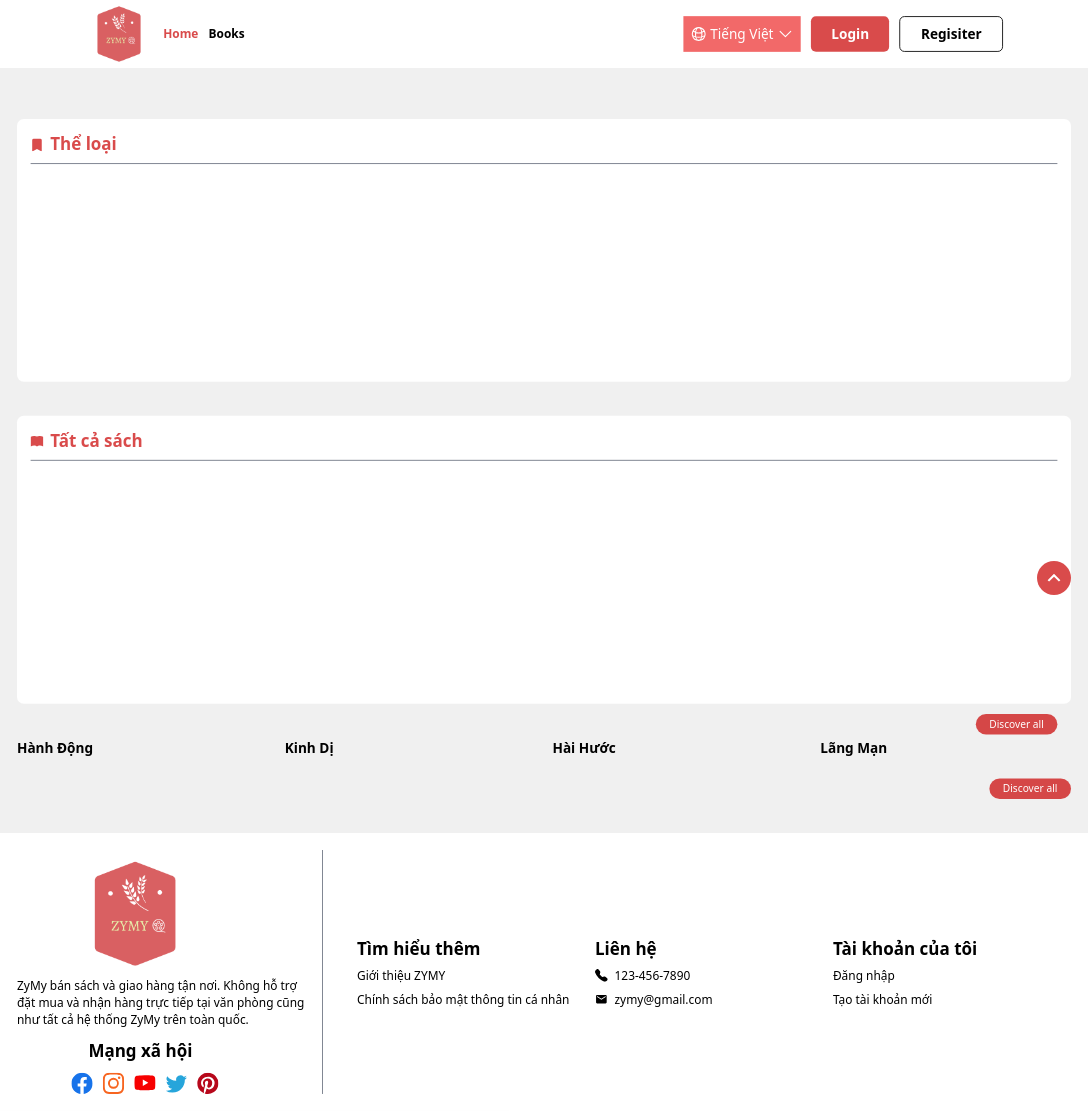
Repository: NguyenDinhThuyVy/website_selling_books
Page: / (app in FrontEnd/)
These files come from the project's save history. The page is drawn as it stood at one moment and after the next save; the edit follows.
The browser window is 1280 px wide. The pictures show the whole page, at 85% of full size.
The page's requests for data from a server got no answer. The project was rebuilt for these pictures with package versions that can differ from the ones it lists, and the page was loaded fresh each time. Some packages were replaced by stand-ins written for this rebuild. The framework's server and built-in components were replaced by stand-ins that run in the browser. No one was signed in, and anything a server would have sent is missing. Also part of the build but not shown: FrontEnd/next.config.js, FrontEnd/src/components/InforLogin/styles.scss, FrontEnd/src/components/InforLogin/index.jsx, FrontEnd/src/app/(default)/(public)/home/components/CategoryColumn/CategoryColumnContent/index.jsx, FrontEnd/src/styles/CategoryItem.scss, FrontEnd/src/app/(default)/(public)/home/components/CategoryItem/index.jsx, FrontEnd/src/app/(default)/(public)/home/components/BannerItem/index.jsx, FrontEnd/src/styles/BookItem.scss and 1 more.

Above is the page before, as saved 2023-12-29 15:16:12.

### FrontEnd/src/app/layout.jsx
'use client';

import classNames from 'classnames';
import { Inter, Montserrat } from 'next/font/google';
import Script from 'next/script';

import './globals.css';
import 'react-toastify/dist/ReactToastify.css';
import 'swiper/scss/scrollbar';
import 'swiper/scss/pagination';
import 'swiper/css/navigation';
import 'swiper/scss';
import '../../node_modules/nprogress/nprogress.css';
import 'sweetalert2/src/sweetalert2.scss';
import { ToastContainer } from 'react-toastify';
import { Provider } from 'react-redux';
import store from '@/redux/store';
import Backtop from '@/components/Backtop';

const inter = Inter({
  subsets: ['latin'],
  variable: '--font-inter',
});

const montserrat = Montserrat({
  subsets: ['latin'],
  variable: '--font-montserrat',
});

export default function RootLayout({ children }) {
  return (
    <html lang="en">
      <head>
        {/* <Script>
          {typeof window !== 'undefined' &&
            (function (w, d, s, l, i) {
              w[l] = w[l] || [];
              w[l].push({ 'gtm.start': new Date().getTime(), event: 'gtm.js' });
              var f = d.getElementsByTagName(s)[0],
                j = d.createElement(s),
                dl = l != 'dataLayer' ? '&l=' + l : '';
              j.async = true;
              j.src = 'https://www.googletagmanager.com/gtm.js?id=' + i + dl;
              f.parentNode.insertBefore(j, f);
            })(window, document, 'script', 'dataLayer', 'GTM-WV3P6XBH')}
        </Script> */}
        <Script
          async
          src="https://www.googletagmanager.com/gtag/js?id=G-Y35FP8XXTL"
        ></Script>
        <Script
          id="clarity_script"
          strategy="afterInteractive"
          dangerouslySetInnerHTML={{
            __html: `
              window.dataLayer = window.dataLayer || [];
              function gtag(){dataLayer.push(arguments);}
              gtag('js', new Date());
              gtag('config', 'G-Y35FP8XXTL');
            `,
          }}
        />
      </head>
      <body
        className={classNames(
          inter.variable,
          montserrat.variable,
          'flex flex-col min-h-screen'
        )}
      >
        <Provider store={store}>{children}</Provider>
        <ToastContainer autoClose={1000} />
        <Backtop />
      </body>
    </html>
  );
}

### FrontEnd/src/app/page.jsx
import React from 'react';

const HomePage = React.lazy(() => import('./(default)/(public)/home'));

export default HomePage;

### FrontEnd/src/app/globals.css
@tailwind base;
@tailwind components;
@tailwind utilities;

@layer base {
  body {
    background-color: #f0f0f0;
  }
  .wrapper-content {
    max-width: 1340px;
    margin: 0 auto;
    padding: 0 20px;
  }
  .book-list .swiper,
  .category-list .swiper,
  .list-comment .swiper {
    height: 100%;
  }
  .button-next,
  .button-prev {
    position: relative;
    z-index: 20;
  }
  .book-list .swiper .swiper-pagination {
    transform: translateY(12px);
    z-index: 20;
  }
}

### FrontEnd/src/redux/store.jsx
import { configureStore } from '@reduxjs/toolkit';
import rootReducer from './reducers/index';

const store = configureStore({
  reducer: rootReducer,
  // Các tùy chọn khác như middleware có thể được thêm ở đây
});

export default store;

### FrontEnd/src/components/Backtop/index.jsx
import Link from 'next/link';
import React from 'react';
import { MdOutlineKeyboardArrowUp } from 'react-icons/md';

const Backtop = () => {
  return (
    <span className="fixed bottom-5 right-5 rounded-full z-30 w-10 h-10 backtop bg-[#ce1515c4] flex items-center justify-center hover:bg-opacity-70 transition-all">
      <Link href="#" className="flex items-center justify-center w-full h-full">
        <MdOutlineKeyboardArrowUp size="30px" color="white" />
      </Link>
    </span>
  );
};

export default Backtop;

### FrontEnd/src/redux/reducers/index.jsx
import { combineReducers } from '@reduxjs/toolkit';
import menuReducer from './menuReducer';
import formAddReducer from './formAddReducer';
import globalReducer from './globalReducer';
import updateInforReducer from './updateInforReducer';

const rootReducer = combineReducers({
  menu: menuReducer,
  form: formAddReducer,
  darkMode: globalReducer,
  updateInfor: updateInforReducer,
  // Thêm các reducer khác ở đây
});

export default rootReducer;

### FrontEnd/src/components/Heading/index.jsx
const Heading = ({ children }) => {
  return (
    <div className="text-xl font-semibold text-[#ce1515c4]">{children}</div>
  );
};

export default Heading;

### FrontEnd/src/components/layout/Header/index.jsx
'use client';

import Link from 'next/link';
import routes from '@/constant/routes';
import Button from '@/components/Button';
import { usePathname } from 'next/navigation';
import { useEffect } from 'react';
import { useState } from 'react';
import Image from 'next/image';
import logo from '../../../assets/logo.png';
import InforLogin from '@/components/InforLogin';
import Popover from '@/components/Popover';

export default function Header() {
  const pathname = usePathname();
  const [auth, setAuth] = useState(null);
  useEffect(() => {
    const auth = sessionStorage.getItem('auth');
    if (auth) {
      setAuth(JSON.parse(auth));
    }
  }, []);
  return (
    <header className="flex items-center gap-x-3 px-[100px] bg-white">
      <div className="w-[80px] h-[80px]">
        <Link href={routes.HOME}>
          <Image src={logo} alt="" className="object-cover w-full h-full" />
        </Link>
      </div>
      <div className="flex items-center gap-x-3">
        <Link
          href={routes.HOME}
          className={
            pathname === routes.HOME
              ? 'text-[#ce1515c4] font-semibold text-sm'
              : 'text-sm font-semibold'
          }
        >
          Home
        </Link>
        <Link
          href={routes.ALLBOOK}
          className={
            pathname === routes.ALLBOOK
              ? 'text-[#ce1515c4] font-semibold text-sm'
              : 'text-sm font-semibold'
          }
        >
          Books
        </Link>
      </div>
      <div className="flex ml-auto gap-x-3">
        {auth ? (
          <>
            <Popover
              className="flex items-center py-1 hover:text-gray-300 cursor-pointer bg-red-300 z-40"
              renderPopover={
                <div className="bg-white relative shadow-md rounded-sm border border-gray-200 z-40">
                  <div className="flex flex-col py-2 pr-28 pl-3">
                    <button className="py-2 px-3 hover:text-orange">
                      Tiếng Việt
                    </button>
                    <button className="py-2 px-3 hover:text-orange mt-2">
                      English
                    </button>
                  </div>
                </div>
              }
            >
              {' '}
              <svg
                xmlns="http://www.w3.org/2000/svg"
                fill="none"
                viewBox="0 0 24 24"
                strokeWidth={1.5}
                stroke="currentColor"
                className="w-5 h-5"
              >
                <path
                  strokeLinecap="round"
                  strokeLinejoin="round"
                  d="M12 21a9.004 9.004 0 008.716-6.747M12 21a9.004 9.004 0 01-8.716-6.747M12 21c2.485 0 4.5-4.03 4.5-9S14.485 3 12 3m0 18c-2.485 0-4.5-4.03-4.5-9S9.515 3 12 3m0 0a8.997 8.997 0 017.843 4.582M12 3a8.997 8.997 0 00-7.843 4.582m15.686 0A11.953 11.953 0 0112 10.5c-2.998 0-5.74-1.1-7.843-2.918m15.686 0A8.959 8.959 0 0121 12c0 .778-.099 1.533-.284 2.253m0 0A17.919 17.919 0 0112 16.5c-3.162 0-6.133-.815-8.716-2.247m0 0A9.015 9.015 0 013 12c0-1.605.42-3.113 1.157-4.418"
                />
              </svg>
              <span className="mx-1">Tiếng Việt</span>
              <svg
                xmlns="http://www.w3.org/2000/svg"
                fill="none"
                viewBox="0 0 24 24"
                strokeWidth={1.5}
                stroke="currentColor"
                className="w-5 h-5"
              >
                <path
                  strokeLinecap="round"
                  strokeLinejoin="round"
                  d="M19.5 8.25l-7.5 7.5-7.5-7.5"
                />
              </svg>
            </Popover>
            <InforLogin />
          </>
        ) : (
          <>
            <Popover
              className="flex items-center py-1 hover:text-gray-300 cursor-pointer  z-40 bg-red-500/80 text-white font-medium px-2 "
              renderPopover={
                <div className="bg-red-300 relative shadow-md rounded-sm border border-gray-200 z-40">
                  <div className="flex flex-col py-2 pr-28 pl-3">
                    <button className="py-2 px-3 hover:text-orange">
                      Tiếng Việt
                    </button>
                    <button className="py-2 px-3 hover:text-orange mt-2">
                      English
                    </button>
                  </div>
                </div>
              }
            >
              {' '}
              <svg
                xmlns="http://www.w3.org/2000/svg"
                fill="none"
                viewBox="0 0 24 24"
                strokeWidth={1.5}
                stroke="currentColor"
                className="w-5 h-5"
              >
                <path
                  strokeLinecap="round"
                  strokeLinejoin="round"
                  d="M12 21a9.004 9.004 0 008.716-6.747M12 21a9.004 9.004 0 01-8.716-6.747M12 21c2.485 0 4.5-4.03 4.5-9S14.485 3 12 3m0 18c-2.485 0-4.5-4.03-4.5-9S9.515 3 12 3m0 0a8.997 8.997 0 017.843 4.582M12 3a8.997 8.997 0 00-7.843 4.582m15.686 0A11.953 11.953 0 0112 10.5c-2.998 0-5.74-1.1-7.843-2.918m15.686 0A8.959 8.959 0 0121 12c0 .778-.099 1.533-.284 2.253m0 0A17.919 17.919 0 0112 16.5c-3.162 0-6.133-.815-8.716-2.247m0 0A9.015 9.015 0 013 12c0-1.605.42-3.113 1.157-4.418"
                />
              </svg>
              <span className="mx-1">Tiếng Việt</span>
              <svg
                xmlns="http://www.w3.org/2000/svg"
                fill="none"
                viewBox="0 0 24 24"
                strokeWidth={1.5}
                stroke="currentColor"
                className="w-5 h-5"
              >
                <path
                  strokeLinecap="round"
                  strokeLinejoin="round"
                  d="M19.5 8.25l-7.5 7.5-7.5-7.5"
                />
              </svg>
            </Popover>

            <Button kind="primary" to={routes.LOGIN}>
              Login
            </Button>
            <Button kind="secondary" to={routes.REGISTER} isBorder={true}>
              Regisiter
            </Button>
          </>
        )}
      </div>
    </header>
  );
}

### FrontEnd/src/app/(default)/(public)/home/components/CategoryColumn/CategoryColumnHorror/index.jsx
'use client';

import React, { useState } from 'react';
import CategoryColumnContent from '../CategoryColumnContent';
import { getBookByCategory } from '@/services/bookService';
import { useEffect } from 'react';

const CategoryColumnHorror = () => {
  const [listBookHorror, setListBookHorror] = useState([]);
  const fetchBookByHorror = async () => {
    const res = await getBookByCategory('Horror');
    if (res && res?.data?.errCode === 0) {
      setListBookHorror(res?.data?.book);
    }
  };
  useEffect(() => {
    fetchBookByHorror();
  }, []);
  return (
    <>
      <h1 className="mb-3 font-semibold">Kinh Dị</h1>
      <div className="flex w-full gap-x-3">
        <div className="flex flex-col w-full bg-white rounded-lg">
          {listBookHorror?.length > 0 &&
            listBookHorror
              ?.slice(0, 5)
              ?.map((book, index) => (
                <CategoryColumnContent key={index} data={book} />
              ))}
        </div>
      </div>
    </>
  );
};

export default CategoryColumnHorror;

### FrontEnd/src/app/(default)/(public)/home/components/Category/index.jsx
'use client';

import CategoryItem from '../CategoryItem';
import { Swiper, SwiperSlide } from 'swiper/react';
import { Navigation, Pagination } from 'swiper';
import { useState } from 'react';
import { getAllCategory } from '@/services/categories';
import { useEffect } from 'react';

const Category = () => {
  const [listCategory, setListCategory] = useState([]);
  const fetchListCategory = async () => {
    const res = await getAllCategory();
    if (res && res?.data?.errCode === 0) {
      setListCategory(res?.data?.categories);
    }
  };
  useEffect(() => {
    fetchListCategory();
  }, []);
  return (
    <div className="mt-5 category-list h-[220px]">
      <Swiper
        modules={[Navigation, Pagination]}
        spaceBetween={20}
        slidesPerView={6}
        navigation
        grabCursor={'true'}
        pagination={{ clickable: true }}
      >
        {listCategory?.length > 0 &&
          listCategory?.map((category, index) => (
            <SwiperSlide key={index}>
              <CategoryItem category={category} imageFolder="/Image/" />
            </SwiperSlide>
          ))}
      </Swiper>
    </div>
  );
};

export default Category;

### FrontEnd/src/app/(default)/(public)/home/components/Banner/index.jsx
'use client';

import { useState } from 'react';
import BannerItem from '../BannerItem';
import { Navigation, Pagination, Scrollbar, A11y } from 'swiper';
import { Swiper, SwiperSlide } from 'swiper/react';
import { getAllBookWithPagination } from '@/services/bookService';
import { useEffect } from 'react';

const Banner = () => {
  const [listBook, setListBook] = useState([]);
  const fectchBannerBook = async () => {
    const res = await getAllBookWithPagination(1, 4);
    if (res && res?.data) {
      setListBook(res?.data?.books);
    }
  };
  useEffect(() => {
    fectchBannerBook();
  }, []);
  return (
    <div className="mt-5 cursor-pointer">
      <Swiper
        modules={[Navigation, Pagination, Scrollbar, A11y]}
        slidesPerView={1}
        pagination={{ clickable: true }}
      >
        {listBook?.length > 0 &&
          listBook?.slice(0, 4)?.map((book, index) => (
            <SwiperSlide key={index}>
              <BannerItem book={book}></BannerItem>
            </SwiperSlide>
          ))}
      </Swiper>
    </div>
  );
};

export default Banner;

### FrontEnd/src/app/(default)/(public)/home/components/CategoryColumn/CategoryColumnAction/index.jsx
'use client';

import React, { useEffect, useState } from 'react';
import CategoryColumnContent from '../CategoryColumnContent';
import { getBookByCategory } from '@/services/bookService';

const CategoryColumnAction = () => {
  const [listBookAction, setListBookAction] = useState([]);
  const fetchBookByAction = async () => {
    const res = await getBookByCategory('Action');
    if (res && res?.data?.errCode === 0) {
      setListBookAction(res?.data?.book);
    }
  };
  useEffect(() => {
    fetchBookByAction();
  }, []);
  return (
    <>
      <h1 className="mb-3 font-semibold">Hành Động</h1>
      <div className="flex w-full gap-x-3">
        <div className="flex flex-col w-full bg-white rounded-lg">
          {listBookAction?.length > 0 &&
            listBookAction
              ?.slice(0, 5)
              ?.map((book, index) => (
                <CategoryColumnContent key={index} data={book} />
              ))}
        </div>
      </div>
    </>
  );
};

export default CategoryColumnAction;

### FrontEnd/src/app/(default)/(public)/home/components/CategoryColumn/CategoryColumnRomance/index.jsx
'use client';

import React, { useEffect, useState } from 'react';
import CategoryColumnContent from '../CategoryColumnContent';
import { getBookByCategory } from '@/services/bookService';

const CategoryColumnRomance = () => {
  const [listBookRomance, setListBookRomance] = useState([]);
  const fetchBookByRomance = async () => {
    const res = await getBookByCategory('Romance');
    if (res && res?.data?.errCode === 0) {
      setListBookRomance(res?.data?.book);
    }
  };
  useEffect(() => {
    fetchBookByRomance();
  }, []);
  return (
    <>
      <h1 className="mb-3 font-semibold">Lãng Mạn</h1>
      <div className="flex w-full gap-x-3">
        <div className="flex flex-col w-full bg-white rounded-lg">
          {listBookRomance?.length > 0 &&
            listBookRomance
              ?.slice(0, 5)
              ?.map((book, index) => (
                <CategoryColumnContent key={index} data={book} />
              ))}
        </div>
      </div>
    </>
  );
};

export default CategoryColumnRomance;

### FrontEnd/src/app/(default)/(public)/home/components/CategoryColumn/CategoryComedy/index.jsx
'use client';

import React, { useEffect, useState } from 'react';
import CategoryColumnContent from '../CategoryColumnContent';
import { getBookByCategory } from '@/services/bookService';

const CategoryComedy = () => {
  const [listBookComedy, setBookListComedy] = useState([]);
  const fetchBookByComedy = async () => {
    const res = await getBookByCategory('Comedy');
    if (res && res?.data?.errCode === 0) {
      setBookListComedy(res?.data?.book);
    }
  };
  useEffect(() => {
    fetchBookByComedy();
  }, []);
  return (
    <>
      <h1 className="mb-3 font-semibold">Hài Hước</h1>
      <div className="flex w-full gap-x-3">
        <div className="flex flex-col w-full bg-white rounded-lg">
          {listBookComedy?.length > 0 &&
            listBookComedy
              ?.slice(0, 5)
              ?.map((book, index) => (
                <CategoryColumnContent key={index} data={book} />
              ))}
        </div>
      </div>
    </>
  );
};

export default CategoryComedy;

### FrontEnd/src/app/(default)/(public)/home/style/styled.scss
:root {
  --white: #fff;
  --bcg-detail-color: #f8f8f8;
  --bcg-add: #ce1515c4;
}
*::-moz-selection {
  background-color: var(--bcg-detail-color);
  color: var(--white);
}

*::selection {
  background-color: var(--bcg-add);
  color: var(--white);
}
::-webkit-scrollbar {
  height: 1px;
  width: 10px;
  border-radius: 50%;
}

::-webkit-scrollbar-track {
  background-color: transparent;
}

::-webkit-scrollbar-thumb {
  background-color: #77777758;
  border-radius: 20px;
}

### FrontEnd/src/redux/reducers/menuReducer.jsx
// reducers/counterSlice.ts
import { createSlice } from '@reduxjs/toolkit';

const initialState = {
  collapsed: false,
};
const menuSlice = createSlice({
  name: 'counter',
  initialState,
  reducers: {
    toggleMenu: (state) => {
      state.collapsed = !state.collapsed;
    },
  },
});

export const { toggleMenu } = menuSlice.actions;
export default menuSlice.reducer;

### FrontEnd/src/redux/reducers/globalReducer.jsx
import { createSlice } from '@reduxjs/toolkit';

const initialState = {
  darkMode: false,
};
const globalReducer = createSlice({
  name: 'global',
  initialState,
  reducers: {
    toggleDarkMode: (state, actions) => {
      return {
        ...state,
        darkMode: actions.payload,
      };
    },
  },
});

export const { toggleDarkMode } = globalReducer.actions;
export default globalReducer.reducer;

### FrontEnd/src/redux/reducers/updateInforReducer.jsx
import { createSlice } from '@reduxjs/toolkit';

const initialState = {
  isUpdate: false,
};
const updateInforReducer = createSlice({
  name: 'update',
  initialState,
  reducers: {
    updateReducer: (state) => {
      return {
        ...state,
        isUpdate: !state.isUpdate,
      };
    },
  },
});

export const { updateReducer } = updateInforReducer.actions;
export default updateInforReducer.reducer;

### FrontEnd/src/components/Button/index.jsx
'use client';
import React from 'react';
import { useRouter } from 'next/navigation';

const Button = ({
  type = 'submit',
  kind,
  children,
  to,
  isBorder = false,
  ...props
}) => {
  const router = useRouter();
  let bgcClassName = '';
  let colorText = '';
  switch (kind) {
    case 'primary':
      bgcClassName = 'bg-[#ce1515c4]';
      colorText = 'text-white';
      break;
    case 'secondary':
      bgcClassName = 'bg-white';
      colorText = 'text-black';
      break;
    default:
      break;
  }
  if (to) {
    return (
      <button
        type={type}
        className={`px-6 py-2 w-max text-base font-semibold cursor-pointer rounded-md hover:opacity-80 transition-all ${bgcClassName} ${colorText} ${
          isBorder ? 'border border-black' : ''
        }`}
        onClick={() => router.push(to)}
      >
        {children}
      </button>
    );
  }
  return (
    <button
      type={type}
      className={`px-6 py-2 w-max text-base font-semibold cursor-pointer rounded-md hover:opacity-80 transition-all ${bgcClassName} ${colorText} ${
        isBorder ? 'border border-black' : ''
      }`}
      {...props}
    >
      {children}
    </button>
  );
};

export default Button;

### FrontEnd/src/styles/SwiperButton.scss
.swiper-button-next,
.swiper-button-prev {
  width: 25px !important;
  height: 25px !important;
  background-color: #bc3232c4 !important;
  border-radius: 50%;
  z-index: 100 !important;
}
.swiper-button-next::after,
.swiper-button-prev::after {
  color: white;
  font-size: 10px !important;
  font-weight: 800;
}
.swiper-button-next::after {
  transform: translate(1px, 1px);
}
.swiper-button-prev::after {
  transform: translateY(1px);
}

Loaded but not shown: FrontEnd/src/utils/axiosCustomize.js (47 lines, source omitted); FrontEnd/src/services/bookService.js (42 lines, source omitted); FrontEnd/tailwind.config.js (33 lines, source omitted); FrontEnd/src/constant/routes.js (30 lines, source omitted); FrontEnd/src/services/categories.js (7 lines, source omitted); FrontEnd/src/components/layout/Footer/index.jsx (97 lines, source omitted); FrontEnd/src/app/(default)/(public)/home/index.jsx (66 lines, source omitted); FrontEnd/src/components/Popover/index.jsx (73 lines, source omitted); FrontEnd/src/components/BookList/index.jsx (53 lines, source omitted); FrontEnd/src/redux/reducers/formAddReducer.jsx (68 lines, source omitted)

After the next save:
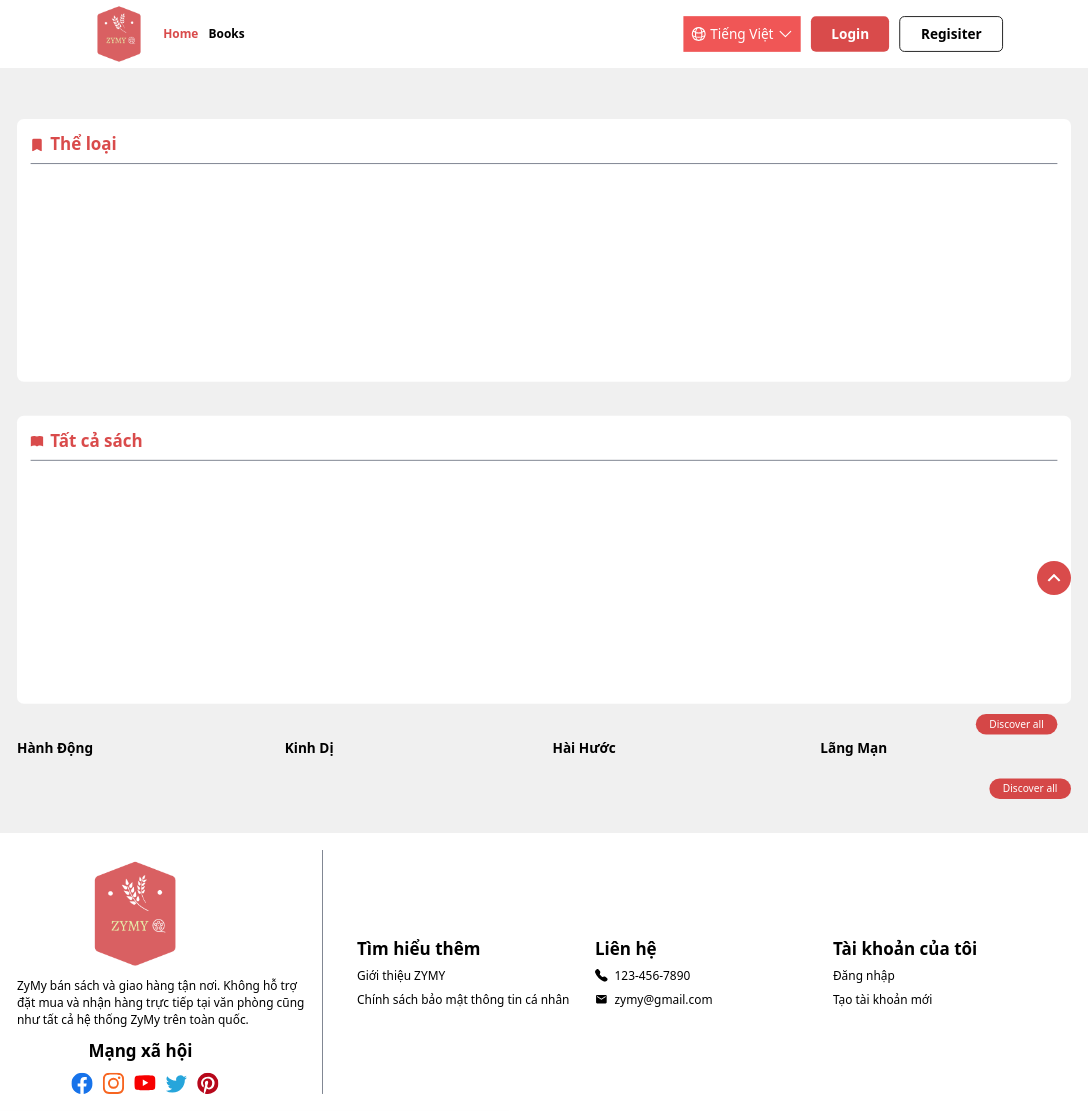
Saved 7 s later.
--- a/FrontEnd/src/components/layout/Header/index.jsx
+++ b/FrontEnd/src/components/layout/Header/index.jsx
@@ -103,7 +103,7 @@ export default function Header() {
         ) : (
           <>
             <Popover
-              className="flex items-center py-1 hover:text-gray-300 cursor-pointer  z-40 bg-red-500/80 text-white font-medium px-2 "
+              className="flex items-center py-1 hover:text-gray-300 cursor-pointer  z-40 bg-red-500/90 text-white font-medium px-2 "
               renderPopover={
                 <div className="bg-red-300 relative shadow-md rounded-sm border border-gray-200 z-40">
                   <div className="flex flex-col py-2 pr-28 pl-3">
